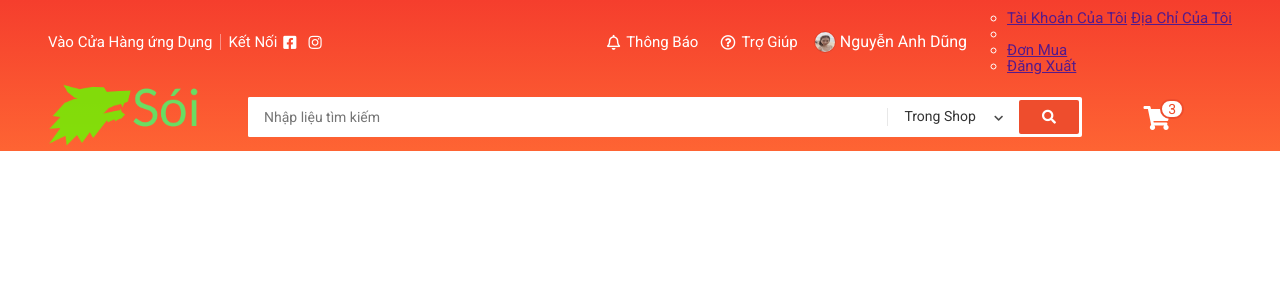
Repository: adwewecat/shoppe
Page: index.html
These files come from the project's save history. The page is drawn as it stood at one moment and after a run of saves; the edit follows.
The browser window is 1280 px wide. The pictures show the whole page.

Above is the page before, as saved 2021-09-03 12:01:56.

### index.html
<!DOCTYPE html>
<html lang="en">

<head>
    <meta charset="UTF-8" />
    <meta http-equiv="X-UA-Compatible" content="IE=edge" />
    <meta name="viewport" content="width=device-width, initial-scale=1.0" />
    <title>Document</title>
    <link rel="preconnect" href="https://fonts.googleapis.com" />
    <link rel="preconnect" href="https://fonts.gstatic.com" crossorigin />
    <link href="https://fonts.googleapis.com/css2?family=Roboto:ital,wght@0,400;0,500;0,700;1,300&display=swap"
        rel="stylesheet" />
    <link rel="stylesheet" href="./assets/css/base.css" />
    <link rel="stylesheet" href="./assets/css/main.css" />
    <link rel="stylesheet" href="./assets/fonts/fontawesome-free-5.15.4/css/all.min.css" />
</head>

<body>
    <div class="main">
        <header class="header">
            <div class="grid">
                <!-- Begin Navbar -->
                <nav class="header__navbar">
                    <ul class="header__navbar-list">
                        <li class="
                  header__navbar-item
                  header__navbar-item--has-qr
                  header__navbar-item--seperate
                ">
                            Vào Cửa Hàng ứng Dụng
                            <!-- Begin Header QR Code -->
                            <div class="header__qr">
                                <img src="./assets/img/qr_code/qrcode_2066837_.png" alt="QR_Code_Lagel"
                                    class="header__qr-img" />
                                <div class="header__qr-apps">
                                    <a href="" class="header__qr-link">
                                        <img src="./assets/img/qr_code/android.png" alt="android"
                                            class="header__qr-dowload-img" />
                                    </a>
                                    <a href="" class="header__qr-link">
                                        <img src="./assets/img/qr_code/ios.png" alt="ios"
                                            class="header__qr-dowload-img" />
                                    </a>
                                </div>
                            </div>
                            <!-- End Header QR Code -->
                        </li>
                        <li class="header__navbar-item">
                            <span class="header__navbar-title-no-pointer">Kết Nối</span>
                            <a href="" class="header__navbar-icon-link">
                                <i class="header__navbar-icon fab fa-facebook-square"></i>
                            </a>
                            <a href="" class="header__navbar-icon-link">
                                <i class="header__navbar-icon fab fa-instagram"></i>
                            </a>
                        </li>
                    </ul>

                    <ul class="header__navbar-list">
                        <li class="header__navbar-item header__navbar-item--has-notify">
                            <a href="" class="header__navbar-item-link">
                                <i class="header__navbar-icon far fa-bell"></i>
                                Thông Báo
                            </a>

                            <!-- Begin hover Thông Báo -->
                            <div class="header__notify">
                                <header class="header__notify-header">
                                    <h3>Thông Báo Mới Nhận</h3>
                                </header>
                                <ul class="header__notify-list">
                                    <li class="header__notify-item header__notify-item--viewed">
                                        <a href="" class="header__notify-link">
                                            <img src="./assets/img/san-pham/xiaomi-mi-11-ultra.jpg"
                                                alt="Xiaomi Mi 11 Ultra" class="header__notify-img" />
                                            <div class="header__notify-info">
                                                <span class="header__notify-name">Xiaomi Mi 11 Ultra</span>
                                                <span class="header__notify-description">Mô tả điện thoại Xiaomi Mi 11
                                                    Ultra</span>
                                            </div>
                                        </a>
                                    </li>

                                    <li class="header__notify-item">
                                        <a href="" class="header__notify-link">
                                            <img src="./assets/img/san-pham/xiaomi-mi-11-ultra.jpg"
                                                alt="Xiaomi Mi 11 Ultra" class="header__notify-img" />
                                            <div class="header__notify-info">
                                                <span class="header__notify-name">Xiaomi Mi 11 Ultra Ultra Ultra Ultra
                                                    Ultra Ultra
                                                    Ultra Ultra Ultra Ultra</span>
                                                <span class="header__notify-description">Mô tả điện thoại Xiaomi Mi 11
                                                    Ultra Mô tả điện
                                                    thoại Xiaomi Mi 11 Ultra Mô tả điện thoại Xiaomi Mi
                                                    11 Ultra Mô tả điện thoại Xiaomi Mi 11 Ultra</span>
                                            </div>
                                        </a>
                                    </li>

                                    <li class="header__notify-item">
                                        <a href="" class="header__notify-link">
                                            <img src="./assets/img/san-pham/xiaomi-mi-11-ultra.jpg"
                                                alt="Xiaomi Mi 11 Ultra" class="header__notify-img" />
                                            <div class="header__notify-info">
                                                <span class="header__notify-name">Xiaomi Mi 11 Ultra</span>
                                                <span class="header__notify-description">Mô tả điện thoại Xiaomi Mi 11
                                                    Ultra</span>
                                            </div>
                                        </a>
                                    </li>
                                </ul>

                                <footer class="header__notify-footer">
                                    <a href="" class="header__notify-footer-btn">Xem Tất Cả</a>
                                </footer>
                            </div>
                            <!-- Begin hover Thông Báo -->
                        </li>

                        <li class="header__navbar-item">
                            <a href="" class="header__navbar-item-link">
                                <i class="header__navbar-icon far fa-question-circle"></i>
                                Trợ Giúp
                            </a>
                        </li>
                        <!-- <li class="header__navbar-item header__navbar-item--strong header__navbar-item--seperate">
                            Đăng Ký
                        </li>
                        <li class="header__navbar-item header__navbar-item--strong">
                            Đăng Nhập
                        </li> -->
                        <li class="header__navbar-item header__navbar-item-user">
                            <img src="./assets/img/san-pham/4.jpg" alt="" class="header__navbar-user-img">
                            <span class="header__navbar-user-name">Nguyễn Anh Dũng</span>

                            <ul class="header__navbar-user-menu">
                                <li class="header__navbar-user-item">
                                    <a href="">Tài Khoản Của Tôi</a>
                                    <a href="">Địa Chỉ Của Tôi</a>
                                </li>
                                <li class="header__navbar-user-item">

                                </li>
                                <li class="header__navbar-user-item">
                                    <a href="">Đơn Mua</a>
                                </li>
                                <li class="header__navbar-user-item">
                                    <a href="">Đăng Xuất</a>
                                </li>

                            </ul>

                        </li>
                    </ul>
                </nav>
                <!-- End Navbar -->

                <!-- Begin search, logo, giỏ hàng -->
                <div class="header-with-search">
                    <div class="header__logo">
                        <img src="./assets/img/san-pham/logo.png" alt="" class="header__logo-img" />
                    </div>
                    <!-- Begin Search -->
                    <div class="header__search">
                        <div class="header__search-input-wrap">
                            <input type="text" class="header__search-input" placeholder="Nhập liệu tìm kiếm" />

                            <!-- Search History -->
                            <div class="header__search-history">
                                <h3 class="header__search-history-heading">
                                    Lịch Sử Tìm Kiếm
                                </h3>
                                <ul class="header__search-history-list">
                                    <li class="header__search-history-item">
                                        <a href="">Iphone 12 pro max</a>
                                    </li>
                                    <li class="header__search-history-item">
                                        <a href="">Xiaomi Mi 11i </a>
                                    </li>
                                </ul>
                            </div>
                        </div>

                        <div class="header__search-select">
                            <span class="header__search-select-lable">Trong Shop</span>
                            <i class="header__search-select-icon fas fa-chevron-down"></i>

                            <ul class="header__search-option">
                                <li class="
                      header__search-option-item
                      header__search-option-item--active
                    ">
                                    <span>Trong Shop</span>
                                    <i class="fas fa-check"></i>
                                </li>
                                <li class="header__search-option-item">
                                    <span>Ngoài Shop</span>
                                    <i class="fas fa-check"></i>
                                </li>
                            </ul>
                        </div>
                        <button class="header__search-btn">
                            <i class="header__search-btn-icon fas fa-search"></i>
                        </button>
                    </div>
                    <!-- End Search -->

                    <!-- Begin Giỏ Hàng -->
                    <div class="header__cart">
                        <div class="header__cart-wrap">
                            <i class="fas fa-shopping-cart header__cart-icon"></i>
                            <span class="header__cart-notice">3</span>
                            <!-- No card : header__cart-list--no-cart -->
                            <div class="header__cart-list ">
                                <img src="./assets/img/san-pham/chua-co-san-pham.png" alt=""
                                    class="header__cart-no-cart-img" />
                                <span class="header__cart-list--no-cart-msg">Chưa Có Sản Phẩm Nào</span>

                                <!-- Có sản phẩm -->
                                <h4 class="header__cart-heading">Sản Phẩm Đã Thêm</h4>
                                <ul class="header__cart-list-item">
                                    <!-- Cart Item -->
                                    <li class="header__cart-item">
                                        <img src="./assets/img/san-pham/xiaomi-mi-11-ultra.jpg" alt=""
                                            class="header__cart-img" />
                                        <div class="header__cart-item-info">
                                            <div class="header__cart-item-head">
                                                <h5 class="header__cart-item-name">
                                                    Điện Thoại Cấu Hình Cao
                                                </h5>
                                                <div class="header__cart-item-price-wrap">
                                                    <span class="header__cart-item-price">19.000.000đ</span>
                                                    <span class="header__cart-item-multiply">x</span>
                                                    <span class="header__cart-item-quantity">2</span>
                                                </div>
                                            </div>
                                            <div class="header__cart-item-body">
                                                <span class="header__cart-item-description">
                                                    Phân Loại Hàng : Điện Thoại Thông Minh
                                                </span>
                                                <span class="header__cart-item-remove">Xóa</span>
                                            </div>
                                        </div>
                                    </li>
                                </ul>
                                <ul class="header__cart-list-item">
                                    <!-- Cart Item -->
                                    <li class="header__cart-item">
                                        <img src="./assets/img/san-pham/xiaomi-mi-11-ultra.jpg" alt=""
                                            class="header__cart-img" />
                                        <div class="header__cart-item-info">
                                            <div class="header__cart-item-head">
                                                <h5 class="header__cart-item-name">
                                                    Điện Thoại Cấu Hình Cao
                                                </h5>
                                                <div class="header__cart-item-price-wrap">
                                                    <span class="header__cart-item-price">19.000.000đ</span>
                                                    <span class="header__cart-item-multiply">x</span>
                                                    <span class="header__cart-item-quantity">2</span>
                                                </div>
                                            </div>
                                            <div class="header__cart-item-body">
                                                <span class="header__cart-item-description">
                                                    Phân Loại Hàng : Điện Thoại Thông Minh
                                                </span>
                                                <span class="header__cart-item-remove">Xóa</span>
                                            </div>
                                        </div>
                                    </li>
                                </ul>
                                <div>
                                    <a href="#" class="header__cart-view-cart btn btn--primary">Xem Tất Cả</a>
                                </div>
                            </div>
                        </div>
                    </div>
                    <!-- End Giỏ Hàng -->
                </div>
                <!-- End search, logo, giỏ hàng -->
            </div>
        </header>

        <div class="container"></div>

        <footer class="footer"></footer>
    </div>

    <!-- Begin Modal -->
    <!-- <div class="modal">
        <div class="modal__overlay"></div>

        <div class="modal__body"> -->

    <!-- Begin Register form -->
    <!-- <div class="auth-form">
                    <div class="auth-form__container">
                        <div class="auth-form__header">
                            <h3 class="auth-form__heading">Đăng Ký</h3>
                            <span class="auth-form__switch-btn">Đăng Nhập</span>
                        </div>

                        <div class="auth-form__form">
                            <div class="auth-form__group">
                                <input type="text" class="auth-form__input" placeholder="Nhập Email">
                            </div>
                            <div class="auth-form__group">
                                <input type="password" class="auth-form__input" placeholder="Nhập Mật Khẩu">
                            </div>
                            <div class="auth-form__group">
                                <input type="password" class="auth-form__input" placeholder="Nhập Lại Mật Khẩu">
                            </div>
                        </div>

                        <div class="auth-form__aside">
                            <p class="auth-form__policy-text">
                                Bằng Việc Đăng Ký , Bạn Đã Đồng Ý Với Shop Về
                                <a href="" class="auth-form__text-link">Điều Khoản Dịch Vụ</a> &
                                <a href="" class="auth-form__text-link">Chính Sách Bảo Mật</a>
                            </p>
                        </div>

                        <div class="auth-form__controls">
                            <button class="btn btn--normal auth-form__controls-back">TRỞ LẠI</button>
                            <button class="btn btn--primary">Đăng Ký</button>
                        </div>
                    </div>


                    <div class="auth-form__socials">

                        <a href="" class=" auth-form__socials-facebook btn btn--size-s btn--witch-icon">
                            <i class="auth-form__socials-icon fab fa-facebook-square"></i>
                            <span class="auth-form__socials-title">
                                Kết Nối Với Facebook
                            </span>
                        </a>

                        <a href="" class="auth-form__socials-google btn btn--size-s btn--witch-icon">
                            <i class="auth-form__socials-icon fab fa-google-plus-square"></i>
                            <span class="auth-form__socials-title">
                                Kết Nối Với Google
                            </span>
                        </a>
                    </div>
                </div> -->
    <!-- Begin Register form -->

    <!-- Begin Login form -->
    <!-- <div class="auth-form">
                    <div class="auth-form__container">
                        <div class="auth-form__header">
                            <h3 class="auth-form__heading">Đăng Nhập</h3>
                            <span class="auth-form__switch-btn">Đăng Ký</span>
                        </div>

                        <div class="auth-form__form">
                            <div class="auth-form__group">
                                <input type="text" class="auth-form__input" placeholder="Nhập Email">
                            </div>
                            <div class="auth-form__group">
                                <input type="password" class="auth-form__input" placeholder="Nhập Mật Khẩu">
                            </div>
                        </div>

                        <div class="auth-form__aside">
                            <div class="auth-form__help">
                                <a href="" class="auth-form__help-link auth-form__help-forgot">Quên Mật Khẩu</a>
                                <span class="auth-form__help-separate"></span>
                                <a href="" class="auth-form__help-link">Cần Trợ Giúp?</a>
                            </div>
                        </div>

                        <div class="auth-form__controls">
                            <button class="btn btn--normal auth-form__controls-back">Trở Lại</button>
                            <button class="btn btn--primary">Đăng Nhập</button>
                        </div>
                    </div>


                    <div class="auth-form__socials">

                        <a href="" class=" auth-form__socials-facebook btn btn--size-s btn--witch-icon">
                            <i class="auth-form__socials-icon fab fa-facebook-square"></i>
                            <span class="auth-form__socials-title">
                                Kết Nối Với Facebook
                            </span>
                        </a>

                        <a href="" class="auth-form__socials-google btn btn--size-s btn--witch-icon">
                            <i class="auth-form__socials-icon fab fa-google-plus-square"></i>
                            <span class="auth-form__socials-title">
                                Kết Nối Với Google
                            </span>
                        </a>
                    </div>
                </div> -->
    <!-- End Login form -->

    <!-- </div>
    </div> -->

    <!-- End Modal -->
</body>

</html>

### assets/css/base.css

/* Reset CSS */
/*! normalize.css v8.0.1 | MIT License | github.com/necolas/normalize.css */
html{line-height:1.15;-webkit-text-size-adjust:100%}body{margin:0}main{display:block}h1{font-size:2em;margin:.67em 0}hr{box-sizing:content-box;height:0;overflow:visible}pre{font-family:monospace,monospace;font-size:1em}a{background-color:transparent}abbr[title]{border-bottom:none;text-decoration:underline;text-decoration:underline dotted}b,strong{font-weight:bolder}code,kbd,samp{font-family:monospace,monospace;font-size:1em}small{font-size:80%}sub,sup{font-size:75%;line-height:0;position:relative;vertical-align:baseline}sub{bottom:-.25em}sup{top:-.5em}img{border-style:none}button,input,optgroup,select,textarea{font-family:inherit;font-size:100%;line-height:1.15;margin:0}button,input{overflow:visible}button,select{text-transform:none}[type=button],[type=reset],[type=submit],button{-webkit-appearance:button}[type=button]::-moz-focus-inner,[type=reset]::-moz-focus-inner,[type=submit]::-moz-focus-inner,button::-moz-focus-inner{border-style:none;padding:0}[type=button]:-moz-focusring,[type=reset]:-moz-focusring,[type=submit]:-moz-focusring,button:-moz-focusring{outline:1px dotted ButtonText}fieldset{padding:.35em .75em .625em}legend{box-sizing:border-box;color:inherit;display:table;max-width:100%;padding:0;white-space:normal}progress{vertical-align:baseline}textarea{overflow:auto}[type=checkbox],[type=radio]{box-sizing:border-box;padding:0}[type=number]::-webkit-inner-spin-button,[type=number]::-webkit-outer-spin-button{height:auto}[type=search]{-webkit-appearance:textfield;outline-offset:-2px}[type=search]::-webkit-search-decoration{-webkit-appearance:none}::-webkit-file-upload-button{-webkit-appearance:button;font:inherit}details{display:block}summary{display:list-item}template{display:none}[hidden]{display:none}
/*# sourceMappingURL=normalize.min.css.map */
/* https://cdnjs.cloudflare.com/ajax/libs/normalize/8.0.1/normalize.min.css */


:root {
    --primary-color: #EE4D2D;
    --white-color: #fff;
    --black-color: #000;
    --text-color: #333;
    --border-color: #dbdbdb;

    --navbar-height:34px;
    --header-height:120px
    --header-with-search-height:calc(var(var(--header-height)-var(var(--navbar-height))))

}

*{
    box-sizing: border-box; /* lÀM Kích thước không bị thay đổi khi làm dầy padding và border */

}

html {
    /* Hack */
    font-size: 62.5%;
    line-height: 1.6rem; /*1rem bằng 10px khi setup font-size: 62.5%;*/
    font-family: 'Roboto', sans-serif; /*sans-serif là thuộc tính chữ ko gạch chân*/
}


.grid {
    width: 1200px;
    max-width: 100%;
    margin: 0 auto; /*trên dưới bằng 0  trái phải auto , tự động căn giữa khi khối này nằm trong khối khác*/
}

.grid__full-width {
    width: 100%;
}


/* Những thẻ nào nằm trong class này sẽ cùng nằm trên 1 hàng ngang và nếu co giao diện sẽ tự động xuống dòng */
.grid__row {
    display: flex;
    flex-wrap: wrap;
}

/* Animation */
@keyframes fadeIn {
    from {
        opacity: 0;
    }
    to {
        opacity: 1;
    }
}

@keyframes growth {
    from {
        transform: scale(var(--growth-form));
    }
    to{
        transform: scale(var(--growth-to));
    }
}



/* ====================================== */
/* Begin Modal */
.modal {
    position: fixed;
    top: 0;
    bottom: 0;
    right: 0;
    left: 0;
    display: flex;
    animation: fadeIn ease-in 0.5s;
}
.modal__overlay {
    position: absolute;
    width: 100%;
    height: 100%;
    background-color: rgba(12, 5, 5, 0.4);
}

.modal__body {
    --growth-form : 0.7s;
    --growth-to:1s;
    background-color: green;
    margin: auto;
    position: relative;
    z-index: 1; /*Hiện thị ưu tiên lên trên*/
    animation: growth linear 0.5s;
}

/* End Modal */
/* ====================================== */



/* button style */
.btn {
    min-width: 124px;
    height: 36px;
    text-decoration: none;
    border: none;
    border-radius: 2px;
    font-size: 1.5rem;
    padding: 0 12px;
    outline: none;
    cursor: pointer;
    color: var(--text-color);
    display: flex;
    justify-content: center;
    align-items: center;
    line-height: 1.6rem;
}

.btn.btn--normal:hover {
    background-color: rgba(0,0,0,0.1);

}

.btn.btn--size-s {
    height: 32px;
    font-size: 12px;
    padding: 0 8px;
}


/* Phải có cả 2 class này mới được áp dụng */
.btn.btn--primary {
    color: var(--white-color);
    background-color: var(--primary-color);
}

.btn.btn-disabled {
    cursor: default;
    filter: brightness(80%); /*Giamr độ sáng*/
    background-color: #c3c3c3;
    color: #949494;
}

Loaded but not shown: assets/fonts/fontawesome-free-5.15.4/css/all.min.css (library); assets/css/main.css (969 lines, source omitted)

After the next 2 saves:
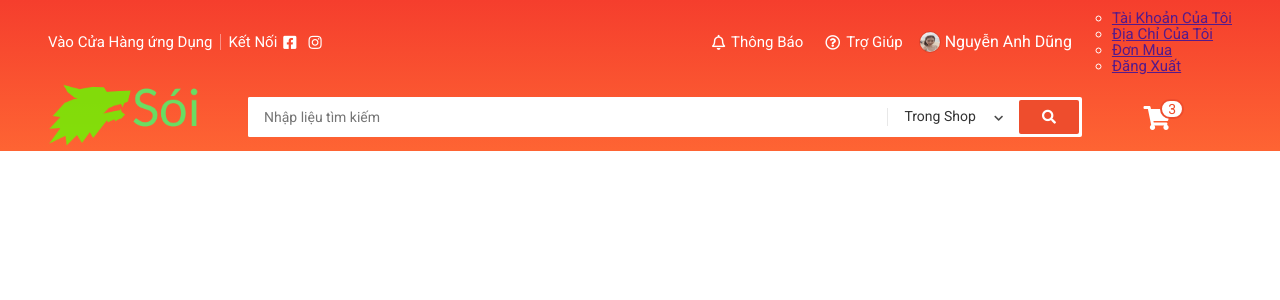
The 2 saves are shown as one change because they came seconds apart.
The last was saved 7 s later.
--- a/index.html
+++ b/index.html
@@ -136,10 +136,9 @@
                             <ul class="header__navbar-user-menu">
                                 <li class="header__navbar-user-item">
                                     <a href="">Tài Khoản Của Tôi</a>
+                                </li>
+                                <li class="header__navbar-user-item">
                                     <a href="">Địa Chỉ Của Tôi</a>
-                                </li>
-                                <li class="header__navbar-user-item">
-
                                 </li>
                                 <li class="header__navbar-user-item">
                                     <a href="">Đơn Mua</a>
